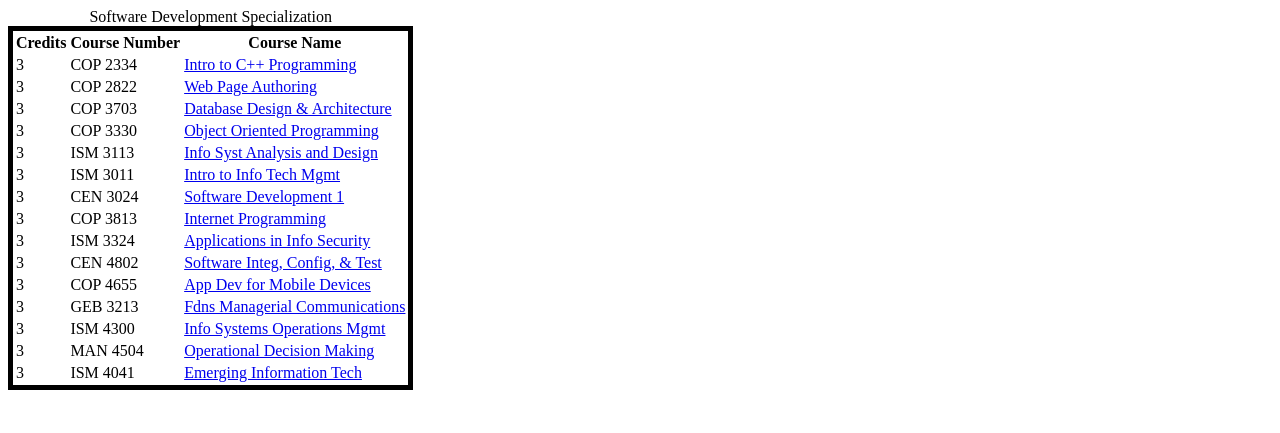
Repository: mlmEFSC21/P5-DegreeTableStyling
Page: FormattedProgramSpecialization1.html
An editor plug-in stored every save of this project. The page is shown before and after the next save, followed by the edit.
The browser window is 1280 px wide. The pictures show the whole page.
Some web fonts or font styles are not loaded; a fallback is used.

Above is the page before, as saved 2022-02-07 16:01:02.

### FormattedProgramSpecialization1.html
<!DOCTYPE html>
<html lang="en">
    <head>
        <meta charset="UTF-8" />
        <meta http-equiv="X-UA-Compatible" content="IE=edge" />
        <meta name="viewport" content="width=device-width, initial-scale=1.0" />
        <link rel="preconnect" href="https://fonts.googleapis.com" />
        <link rel="preconnect" href="https://fonts.gstatic.com" crossorigin />
        <link
            href="https://fonts.googleapis.com/css2?family=Spectral:wght@300&display=swap"
            rel="stylesheet"
        />
        <title>Degree Specialization Table</title>
    </head>
    <body>
        <table style="border: 5px solid black">
            <caption class="tableTitle">
                Software Development Specialization
            </caption>
            <thead>
                <tr class="colTitles">
                    <th>Credits</th>
                    <th>Course Number</th>
                    <th>Course Name</th>
                </tr>
            </thead>
            <tbody>
                <tr>
                    <td>3</td>
                    <td>COP 2334</td>
                    <td>
                        <a
                            href="https://bannerweb.easternflorida.edu/prod/bwckctlg.p_disp_course_detail?cat_term_in=202210&subj_code_in=COP&crse_numb_in=2334"
                            >Intro to C++ Programming</a
                        >
                    </td>
                </tr>
                <tr>
                    <td>3</td>
                    <td>COP 2822</td>
                    <td>
                        <a
                            href="https://bannerweb.easternflorida.edu/prod/bwckctlg.p_disp_course_detail?cat_term_in=202210&subj_code_in=COP&crse_numb_in=2822"
                            >Web Page Authoring</a
                        >
                    </td>
                </tr>
                <tr>
                    <td>3</td>
                    <td>COP 3703</td>
                    <td>
                        <a
                            href="https://bannerweb.easternflorida.edu/prod/bwckctlg.p_disp_course_detail?cat_term_in=202210&subj_code_in=COP&crse_numb_in=3703"
                            >Database Design & Architecture</a
                        >
                    </td>
                </tr>
                <tr>
                    <td>3</td>
                    <td>COP 3330</td>
                    <td>
                        <a
                            href="https://bannerweb.easternflorida.edu/prod/bwckctlg.p_disp_course_detail?cat_term_in=202210&subj_code_in=COP&crse_numb_in=3330"
                            >Object Oriented Programming</a
                        >
                    </td>
                </tr>
                <tr>
                    <td>3</td>
                    <td>ISM 3113</td>
                    <td>
                        <a
                            href="https://bannerweb.easternflorida.edu/prod/bwckctlg.p_disp_course_detail?cat_term_in=202210&subj_code_in=ISM&crse_numb_in=3113"
                            >Info Syst Analysis and Design</a
                        >
                    </td>
                </tr>
                <tr>
                    <td>3</td>
                    <td>ISM 3011</td>
                    <td>
                        <a
                            href="https://bannerweb.easternflorida.edu/prod/bwckctlg.p_disp_course_detail?cat_term_in=202210&subj_code_in=ISM&crse_numb_in=3011"
                            >Intro to Info Tech Mgmt</a
                        >
                    </td>
                </tr>
                <tr>
                    <td>3</td>
                    <td>CEN 3024</td>
                    <td>
                        <a
                            href="https://bannerweb.easternflorida.edu/prod/bwckctlg.p_disp_course_detail?cat_term_in=202210&subj_code_in=CEN&crse_numb_in=3024"
                            >Software Development 1</a
                        >
                    </td>
                </tr>
                <tr>
                    <td>3</td>
                    <td>COP 3813</td>
                    <td>
                        <a
                            href="https://bannerweb.easternflorida.edu/prod/bwckctlg.p_disp_course_detail?cat_term_in=202210&subj_code_in=COP&crse_numb_in=3813"
                            >Internet Programming</a
                        >
                    </td>
                </tr>
                <tr>
                    <td>3</td>
                    <td>ISM 3324</td>
                    <td>
                        <a
                            href="https://bannerweb.easternflorida.edu/prod/bwckctlg.p_disp_course_detail?cat_term_in=202210&subj_code_in=ISM&crse_numb_in=3324"
                            >Applications in Info Security</a
                        >
                    </td>
                </tr>
                <tr>
                    <td>3</td>
                    <td>CEN 4802</td>
                    <td>
                        <a
                            href="https://bannerweb.easternflorida.edu/prod/bwckctlg.p_disp_course_detail?cat_term_in=202210&subj_code_in=CEN&crse_numb_in=4802"
                            >Software Integ, Config, & Test</a
                        >
                    </td>
                </tr>
                <tr>
                    <td>3</td>
                    <td>COP 4655</td>
                    <td>
                        <a
                            href="https://bannerweb.easternflorida.edu/prod/bwckctlg.p_disp_course_detail?cat_term_in=202210&subj_code_in=COP&crse_numb_in=4655"
                            >App Dev for Mobile Devices</a
                        >
                    </td>
                </tr>
                <tr>
                    <td>3</td>
                    <td>GEB 3213</td>
                    <td>
                        <a
                            href="https://bannerweb.easternflorida.edu/prod/bwckctlg.p_disp_course_detail?cat_term_in=202210&subj_code_in=GEB&crse_numb_in=3213"
                            >Fdns Managerial Communications</a
                        >
                    </td>
                </tr>
                <tr>
                    <td>3</td>
                    <td>ISM 4300</td>
                    <td>
                        <a
                            href="https://bannerweb.easternflorida.edu/prod/bwckctlg.p_disp_course_detail?cat_term_in=202210&subj_code_in=ISM&crse_numb_in=4300"
                            >Info Systems Operations Mgmt</a
                        >
                    </td>
                </tr>
                <tr>
                    <td>3</td>
                    <td>MAN 4504</td>
                    <td>
                        <a
                            href="https://bannerweb.easternflorida.edu/prod/bwckctlg.p_disp_course_detail?cat_term_in=202210&subj_code_in=MAN&crse_numb_in=4504"
                            >Operational Decision Making</a
                        >
                    </td>
                </tr>
                <tr>
                    <td>3</td>
                    <td>ISM 4041</td>
                    <td>
                        <a
                            href="https://bannerweb.easternflorida.edu/prod/bwckctlg.p_disp_course_detail?cat_term_in=202210&subj_code_in=ISM&crse_numb_in=4041"
                            >Emerging Information Tech</a
                        >
                    </td>
                </tr>
            </tbody>
        </table>
    </body>
</html>

After the next save:
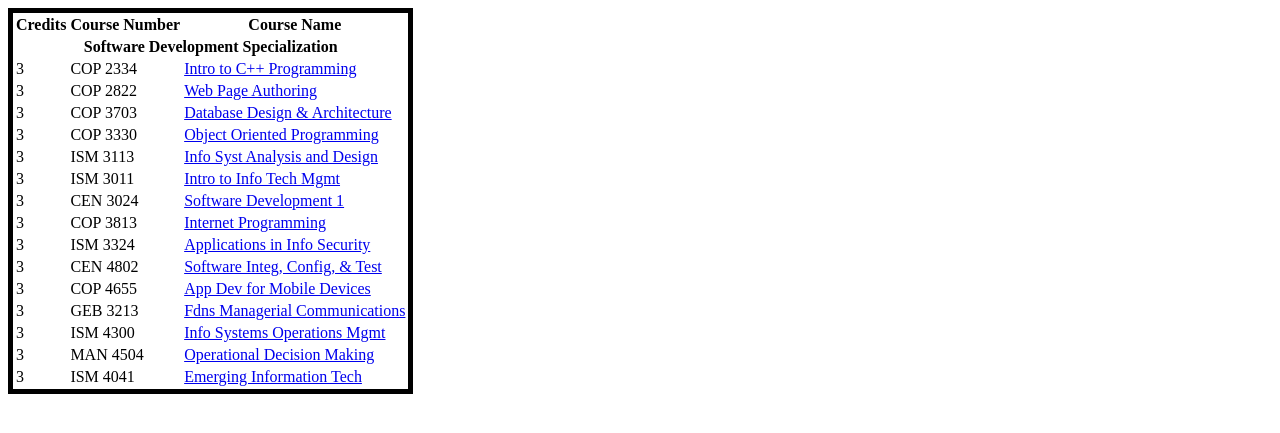
Saved 31 s later.
--- a/FormattedProgramSpecialization1.html
+++ b/FormattedProgramSpecialization1.html
@@ -14,9 +14,9 @@
     </head>
     <body>
         <table style="border: 5px solid black">
-            <caption class="tableTitle">
-                Software Development Specialization
-            </caption>
+            <tr class="tableTitle">
+                <th colspan="3">Software Development Specialization</th>
+            </tr>
             <thead>
                 <tr class="colTitles">
                     <th>Credits</th>
